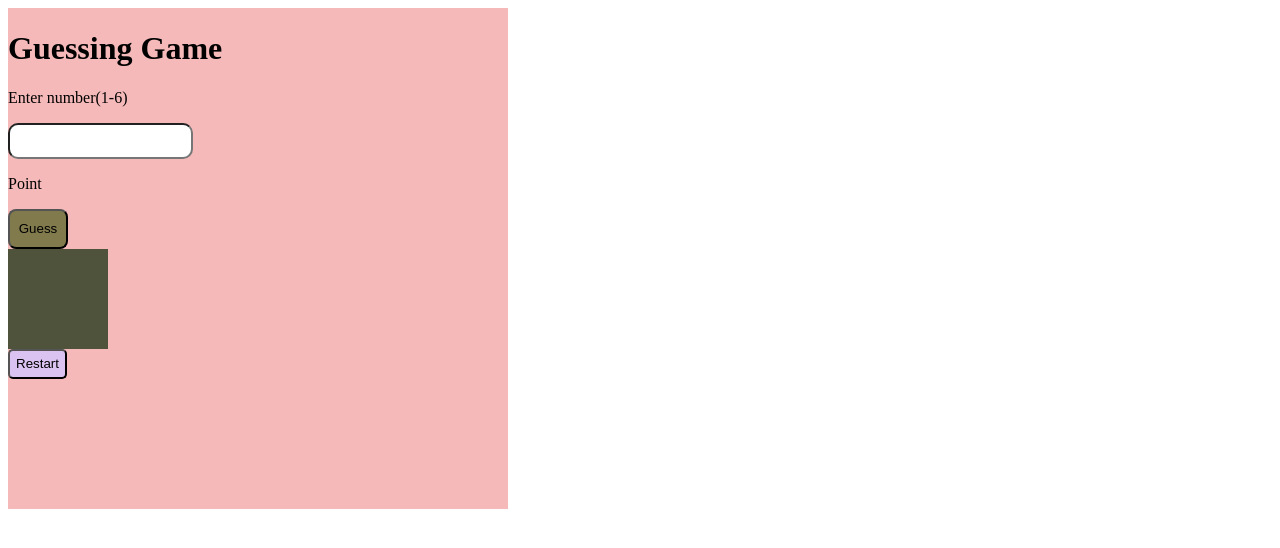
Repository: AniAntonyan/GuessingGame
Page: index.html
The author's editor kept a copy of each file at every save. The page is drawn from the files as they stood at one save, then again after a run of saves.
The browser window is 1280 px wide. The pictures show the whole page.

Above is the page before, as saved 2022-02-27 17:24:16.

### index.html
<!DOCTYPE html>
<html lang="en">
<head>
    <meta charset="UTF-8">
    <meta http-equiv="X-UA-Compatible" content="IE=edge">
    <meta name="viewport" content="width=device-width, initial-scale=1.0">
    <link rel="stylesheet" href="style.css">
    <title>Document</title>
</head>
<body>
    <div class="container">
        <h1 class="Guessing">Guessing Game</h1>
        <p class="enter">Enter number(1-6)</p>
    <input id="num" type="text">
    <p class="p">Point</p>
    <button id="btn">Guess</button>
    <div class="table" id="show-text"></div>
    <button  id="restart"> Restart</button>
    </div>

    <script src="index.js"></script>
</body>
</html>

### style.css
.container{
    background-color: #f5b9b9;
    height: 500px;
    width: 500px;
    padding-top:1px;
}

#num{
    height: 30px;
    border-radius: 10px;
}

#btn{
    height: 40px;
    width: 60px;
    border-radius: 8px;
    background-color: rgb(128, 122, 76);
}

.table{
    height: 100px;
    width: 100px;
    background-color: rgb(79, 83, 59);
}

#restart{
    height: 30px;
    border-radius: 5px;
    background-color: rgb(219, 195, 241);
}

### index.js
let input = document.getElementById("num");
let btn = document.getElementById("btn");
let text = document.getElementById("show-text");
let restart = document.getElementById("restart");
let random = Math.floor(Math.random() * 6 + 1);

After the next 2 saves:
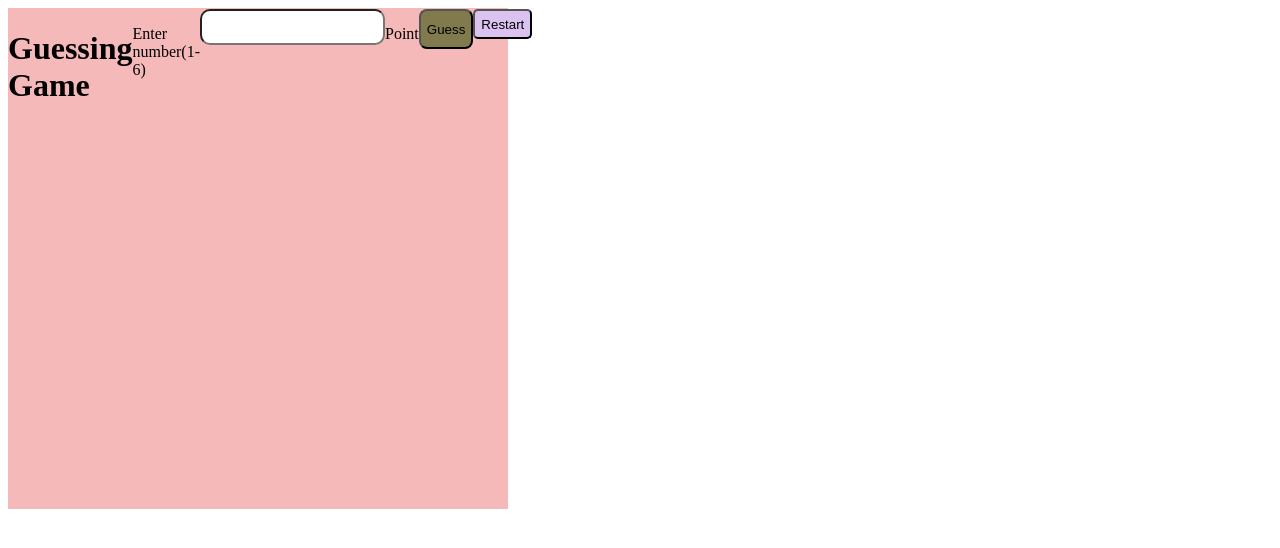
The 2 saves are shown as one change because they came seconds apart.
The last was saved 33 s later.
--- a/style.css
+++ b/style.css
@@ -3,6 +3,7 @@
     height: 500px;
     width: 500px;
     padding-top:1px;
+    display: flex;
 }
 
 #num{

After the save that followed:
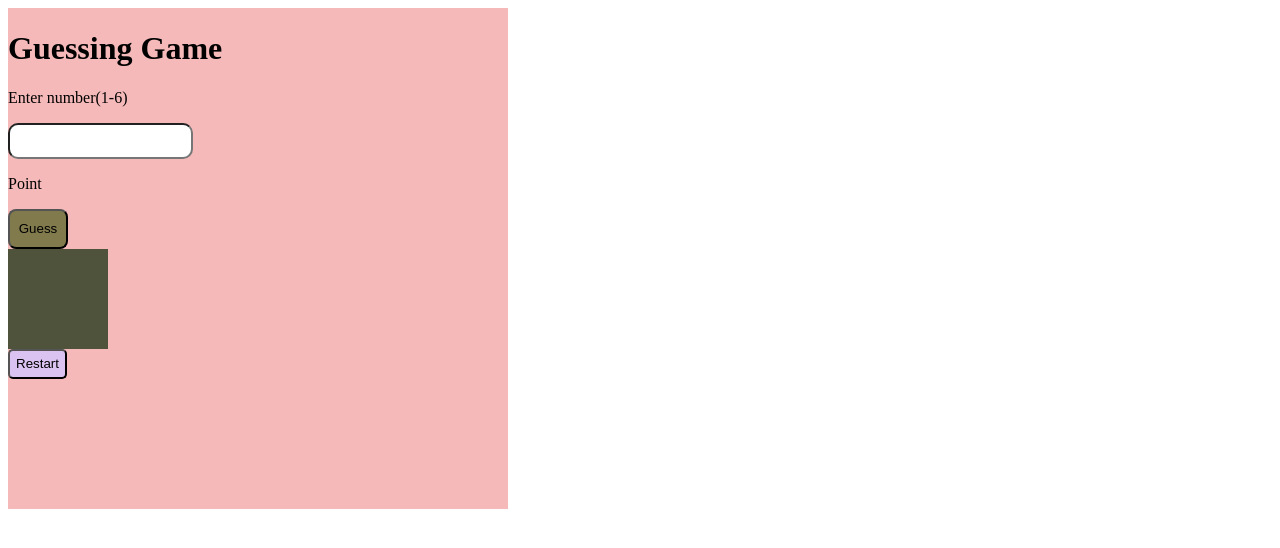
Saved 14 s later.
--- a/style.css
+++ b/style.css
@@ -3,7 +3,6 @@
     height: 500px;
     width: 500px;
     padding-top:1px;
-    display: flex;
 }
 
 #num{
